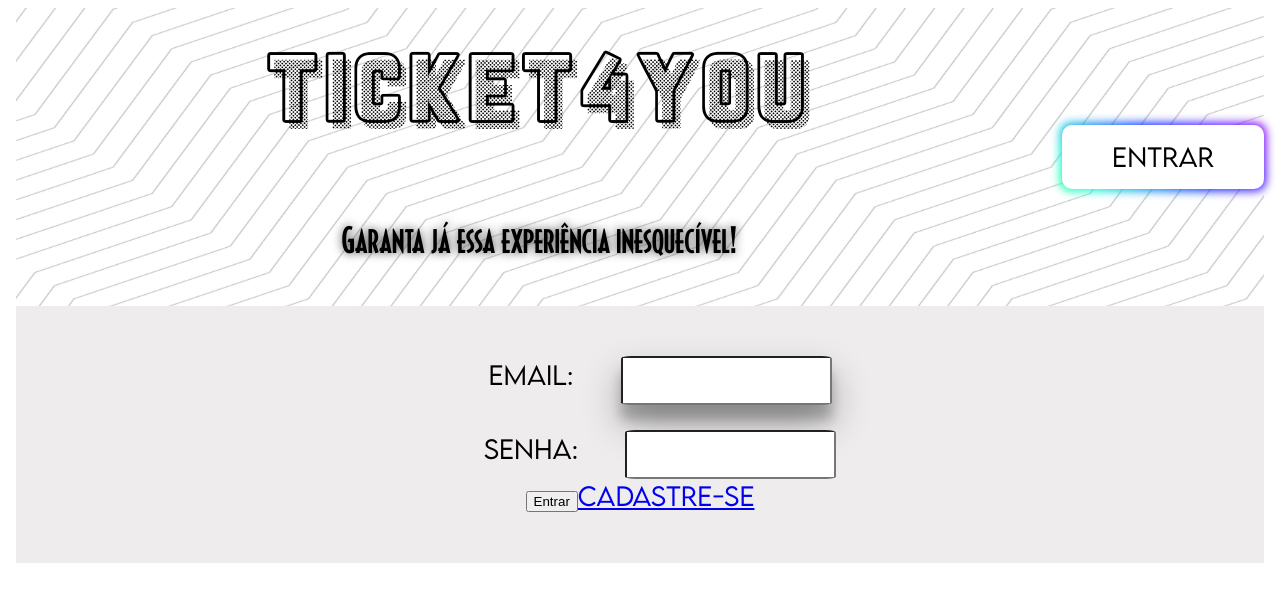
Repository: hellengurgaczz/projeto-DSA
Page: /login
An editor plug-in stored every save of this project. The page is shown before and after the next save, followed by the edit.
The browser window is 1280 px wide. The pictures show the whole page.
The project was rebuilt for these pictures with package versions that can differ from the ones it lists, and the page was loaded fresh each time. Also part of the build but not shown: angular.json, src/app/ingressos/templates/cadastrar/cadastrar.component.ts, src/app/models/ingresso.model.ts, src/app/services/ingresso.service.ts, src/app/compra/comprar-ingresso/comprar-ingresso.component.ts, src/app/models/compra.model.ts, src/app/services/compra.service.ts, src/app/ingressos/templates/deletar/deletar.component.ts and 3 more.

Above is the page before, as saved 2022-05-10 12:34:32.

After the next save:
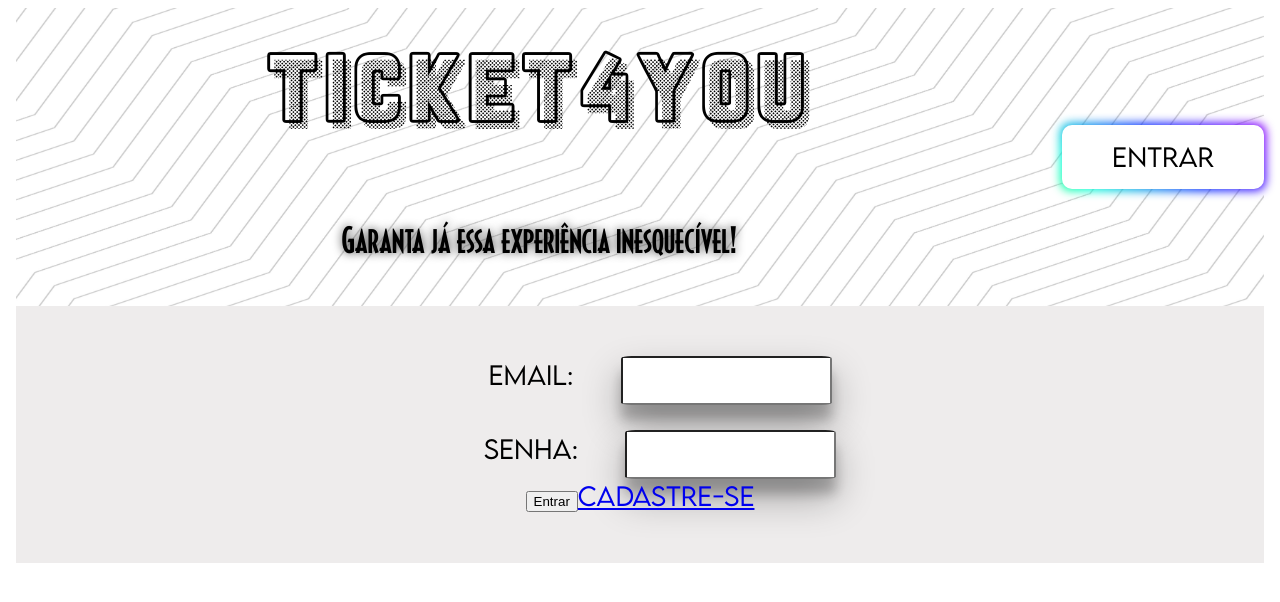
Saved 4 s later.
--- a/src/app/login/login.component.css
+++ b/src/app/login/login.component.css
@@ -22,6 +22,7 @@
 .senhainput{
   padding: 15px;
   border-radius: 5%;
+  box-shadow: rgba(0, 0, 0, 0.3) 0px 19px 38px, rgba(0, 0, 0, 0.22) 0px 15px 12px;
 }
 
 @font-face{
